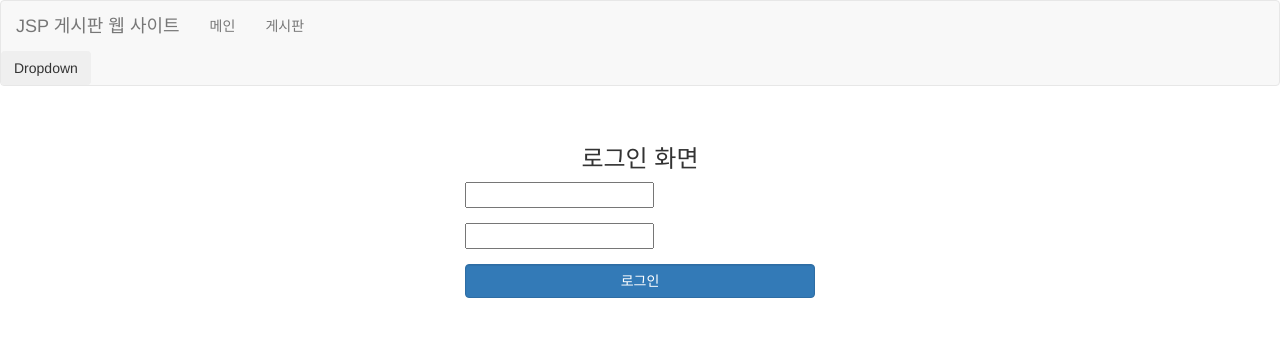
Repository: chyun94/JSP-
Page: http://localhost/BBS/join.jsp
An editor plug-in stored every save of this project. The page is shown before and after the next save, followed by the edit.
The browser window is 1280 px wide. The pictures show the whole page.
Some web libraries are served in a nearby version. The page is served by Tomcat 9. Other server files are loaded and not shown.

Above is the page before, as saved 2021-05-07 11:12:30.

### BBS/WebContent/join.jsp
<%@ page language="java" contentType="text/html; charset=UTF-8"
	pageEncoding="UTF-8"%>
<!DOCTYPE html>
<html>
<head>
<meta http-equiv="Content-Type" content="text/html; charset="UTF-8">
<!-- 아래 메타 태그는 디바이스마다 크기를 설정하기 위해서 작한한 메타 태그 -->
<meta name="viewport" content="width=device-width" , initial-scale="1">
<link rel="stylesheet" href="css/bootstrap.css">

<title>JSP 게시판 웹 사이트</title>
</head>
<body>
	<nav class="navbar navbar-default">
		<div class="navbar-header">
			<button type="button" class="navbar-toggle collapsed"
				data-toggle="collapse" data-target="#bs-example-navbar-collapse-1"
				aria-expanded="false">

				<span class="icon-bar"></span> <span class="icon-bar"></span> <span
					class="icon-bar"></span>

			</button>
			<a class="navbar-brand" href="main.jsp">JSP 게시판 웹 사이트</a>
		</div>
		<div class="collapse navbar-collapse"
			id="bs-example-navbar-collapse-1">
			<ul class="nav navbar-nav">
				<li><a href="main.jsp">메인</a></li>
				<li><a href="bbs.jsp">게시판</a></li>
			</ul>
		</div>

			<div class="dropdown">
				<button class="btn btn-secondary dropdown-toggle" type="button"
					id="dropdownMenu2" data-toggle="dropdown" aria-haspopup="true"
					aria-expanded="false">Dropdown</button>
				<div class="dropdown-menu" aria-labelledby="dropdownMenu2">
					<button class="dropdown-item" type="button">Action</button>
					<button class="dropdown-item" type="button">Another action</button>
					<button class="dropdown-item" type="button">Something else
						here</button>
				</div>
			</div>
	</nav>
	<div class="container">
		<div class="col-lg-4"></div>
		<div class="col-lg-4">
			<div class="jumbortron" style="padding-top: 20px;">
				<h3 style="text-align: center;">로그인 화면</h3>
				<div class="form-group">
					<input type="text" class="form-control=" 아이디" name="userID"
						maxlength="20">
				</div>

				<div class="form-group">
					<input type="password" class="form-control="
						비밀번호" name="userPassword" maxlength="20">
				</div>
				<input type="submit" class="btn btn-primary form-control"
					value="로그인">
			</div>
		</div>
	</div>
	<script src="https://code.jquery.com/jquery-3.1.1.min.js"></script>
	<script src="js/bootstrap.js"></script>

</body>
</html>

Loaded but not shown: BBS/WebContent/css/bootstrap.css (library); BBS/WebContent/js/bootstrap.js (library)

After the next save:
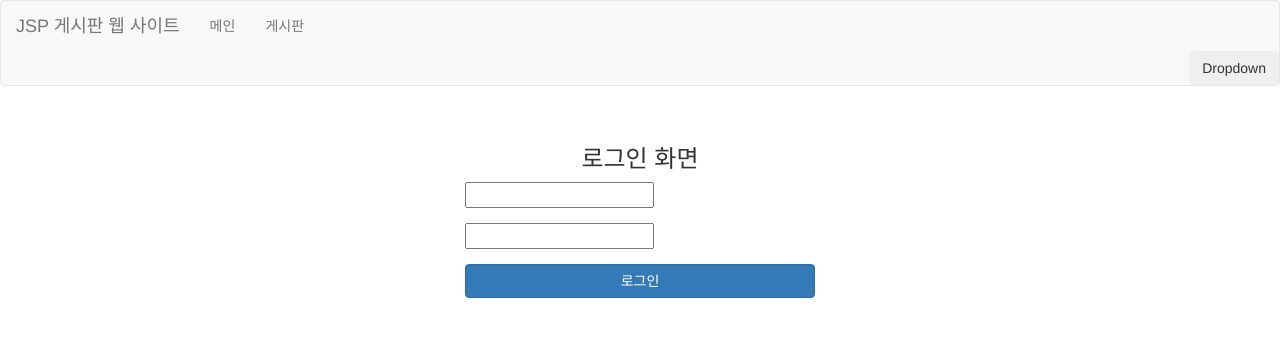
Saved 15 s later.
--- a/BBS/WebContent/join.jsp
+++ b/BBS/WebContent/join.jsp
@@ -31,7 +31,7 @@
 			</ul>
 		</div>
 
-			<div class="dropdown">
+			<div class="dropdown" align="right">
 				<button class="btn btn-secondary dropdown-toggle" type="button"
 					id="dropdownMenu2" data-toggle="dropdown" aria-haspopup="true"
 					aria-expanded="false">Dropdown</button>
